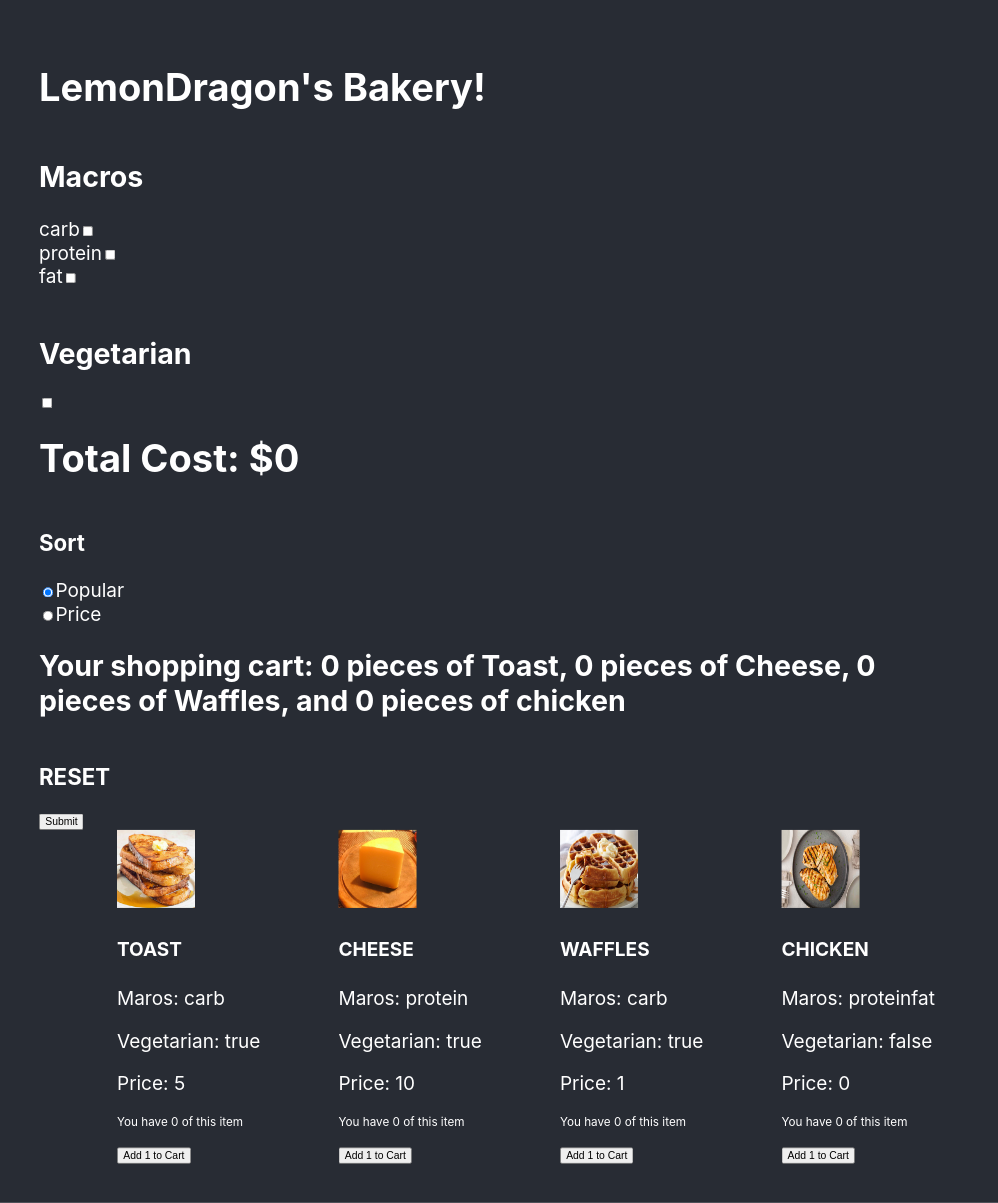
Repository: happydragon200/development
Page: /
These files come from the project's save history. The page is drawn as it stood at one moment and after the next save; the edit follows.
The browser window is 1280 px wide. The pictures show the whole page, at 78% of full size.
The project was rebuilt for these pictures with package versions that can differ from the ones it lists, and the page was loaded fresh each time.

Above is the page before, as saved 2022-12-02 06:38:01.

### src/App.js
import React, { useState } from 'react'
import baguette from './images/baguette.jpg'
import toast from './images/toast.png'
import cheese from './images/cheese.jpg'
import waffle from './images/waffle.jpg'
import chicken from './images/chicken.jpg'
import Container from 'react-bootstrap/Container'
import Nav from 'react-bootstrap/Nav'
import Navbar from 'react-bootstrap/Navbar'
import NavDropdown from 'react-bootstrap/NavDropdown'
import './App.css'

function App() {
  return (
    <div>
      <div className="App">
        <header className="App-header">
          <h1>LemonDragon's Bakery!</h1>
          <Menu />
        </header>
      </div>
    </div>
  )
}

function FilterBar(props) {
  const { selected, changeSelected } = props

  const carbsButton = FilterButton(selected, changeSelected, 'carb')
  const proteinButton = FilterButton(selected, changeSelected, 'protein')
  const fatButton = FilterButton(selected, changeSelected, 'fat')

  const pieButton = FilterButton(selected, changeSelected, 'pie')
  const cakeButton = FilterButton(selected, changeSelected, 'cake')
  const otherButton = FilterButton(selected, changeSelected, 'other')

  const buttons = [carbsButton, proteinButton, fatButton]

  return (
    <div>
      {buttons}
      <h1>{selected}</h1>
    </div>
  )
}

function ResetButton(props) {
  const {
    changeSelected,
    toast_setcount,
    cheese_setcount,
    waffle_setcount,
    chicken_setcount,
  } = props

  const clickChange = () => {
    changeSelected([])
    toast_setcount(0)
    cheese_setcount(0)
    waffle_setcount(0)
    chicken_setcount(0)
  }

  return (
    <input
      type="submit"
      id="reset"
      name="Reset"
      // value="Paneer"
      onChange={clickChange}
    />
  )
}

function VegButton(props) {
  const { veg, changeVeg } = props

  const clickChange = () => {
    changeVeg(!veg)
  }

  return (
    <input
      type="checkbox"
      id="vegetarian"
      name="Vegetarian"
      // value="Paneer"
      checked={veg}
      onChange={clickChange}
    />
  )
}

function FilterButton(selected, changeSelected, tag) {
  // const { selected, changeSelected, tag } = props

  const clickChange = () => {
    if (selected.includes(tag)) {
      // const new_selected = selected.remove(tag)

      var new_selected = selected.filter(function (value, index, arr) {
        return value !== tag
      })
      changeSelected(new_selected)
    } else {
      const new_selected = [...selected]
      new_selected.push(tag)
      changeSelected(new_selected)
    }
  }

  return (
    <div>
      {tag}
      <input
        type="checkbox"
        id="topping"
        name="topping"
        value="Paneer"
        // checked={man}
        onChange={clickChange}
      />
    </div>
  )
}

function Menu() {
  const [selected, changeSelected] = useState([])

  const [chosen, changeChosen] = useState('Popular')
  const [veg, changeVeg] = useState(false)

  const [toast_count, toast_setcount] = useState(0)
  const [cheese_count, cheese_setcount] = useState(0)
  const [waffle_count, waffle_setcount] = useState(0)
  const [chicken_count, chicken_setcount] = useState(0)

  const toast_price = 5
  const cheese_price = 10
  const waffle_price = 1
  const chicken_price = 0

  const toast_comp = [
    ['carb'],
    true,
    toast_price,
    BakeryItem(
      'toast',
      ['carb'],
      true,
      toast_price,
      toast,
      toast_count,
      toast_setcount,
    ),
  ]
  const cheese_comp = [
    ['protein'],
    true,
    cheese_price,
    BakeryItem(
      'cheese',
      ['protein'],
      true,
      cheese_price,
      cheese,
      cheese_count,
      cheese_setcount,
    ),
  ]
  const waffle_comp = [
    ['carb'],
    true,
    waffle_price,
    BakeryItem(
      'waffles',
      ['carb'],
      true,
      waffle_price,
      waffle,
      waffle_count,
      waffle_setcount,
    ),
  ]

  const chicken_comp = [
    ['protein', 'fat'],
    false,
    chicken_price,
    BakeryItem(
      'chicken',
      ['protein', 'fat'],
      false,
      chicken_price,
      chicken,
      chicken_count,
      chicken_setcount,
    ),
  ]

  var final_list = [toast_comp, cheese_comp, waffle_comp, chicken_comp]

  if (selected.length > 0) {
    final_list = final_list.filter(function (food) {
      for (let i = 0; i < selected.length; i++) {
        const option = selected[i]

        if (!food[0].includes(option)) {
          return false
        }
      }
      return true
    })
  }

  if (veg) {
    final_list = final_list.filter((food) => food[1])
  }

  if (chosen === 'Price') {
    console.log('DSKFJSKLJFLSLDFj')
    final_list.sort(function (a, b) {
      return a[1] - b[1]
    })
  }

  final_list = final_list.map((item) => item.slice(-1))

  // console.log('sorted')

  // console.log(final_list)
  // console.log('hm')

  return (
    <>
      <h2>Macros</h2>
      <FilterBar selected={selected} changeSelected={changeSelected} />
      <div></div>
      <div></div>
      <h2>Vegetarian</h2>
      <VegButton veg={veg} changeVeg={changeVeg} />
      <h1>
        Total Cost: $
        {toast_count * toast_price +
          cheese_count * cheese_price +
          waffle_count * waffle_price +
          chicken_count * chicken_price}
      </h1>
      <SortPriceButton chosen={chosen} changeChosen={changeChosen} />
      <h2>
        Your shopping cart: {toast_count} pieces of Toast, {cheese_count} pieces
        of Cheese, {waffle_count} pieces of Waffles, and {chicken_count} pieces
        of chicken
      </h2>

      <h3>RESET</h3>
      <ResetButton
        changeSelected={changeSelected}
        toast_setcount={toast_setcount}
        cheese_setcount={cheese_setcount}
        waffle_setcount={waffle_setcount}
        chicken_setcount={chicken_setcount}
      />

      <div className="flex-parent">{final_list}</div>
    </>
  )
}

function SortPriceButton(props) {
  const { chosen, changeChosen } = props

  const handlePrice = () => {
    changeChosen('Price')
  }

  const handlePopular = () => {
    changeChosen('Popular')
  }

  return (
    <div>
      <h3>Sort</h3>
      <div className="radio">
        <label>
          <input
            type="radio"
            // label="Popular"
            checked={chosen === 'Popular'}
            onChange={handlePopular}
          />
          Popular
        </label>
      </div>
      <div className="radio">
        <label>
          <input
            type="radio"
            // label="Price"
            checked={chosen === 'Price'}
            onChange={handlePrice}
          />
          Price
        </label>
      </div>
    </div>
  )
}

function BakeryItem(label, macros, veg, price, img, count, setCount) {
  // const { img, count, setCount } = prop

  return (
    <div className="pad">
      <img src={img} className="Item-small" />
      <h4>{label.toUpperCase()}</h4>
      <p>Maros: {macros}</p>
      <p>Vegetarian: {veg.toString()}</p>
      <p>Price: {price}</p>
      <p className="smull">You have {count} of this item</p>
      <button onClick={() => setCount(count + 1)}>Add 1 to Cart</button>

      {count > 0 && (
        <button onClick={() => setCount(count - 1)}>Remove 1 from Cart</button>
      )}
    </div>
  )
}

export default App

// const [type, setType] = useState('ALL')

// var foods = [
//   {
//     name: 'toast',
//     type: 'bread',
//     price: 5,
//     img: { toast },
//     count: { toast_count },
//   },
//   {
//     name: 'cheese',
//     type: 'protein',
//     price: 10,
//     img: { cheese },
//     count: { cheese_count },
//   },
//   {
//     name: 'waffle',
//     type: 'bread',
//     price: 100,
//     img: { waffle },
//     count: { waffle_count },
//   },
// ]

// foods.filter(function (value, index, arr) {
//   return value
// })

### src/App.css
.App {
  /* text-align: center; */
}

.App-logo {
  height: 40vmin;
  pointer-events: none;
}

@media (prefers-reduced-motion: no-preference) {
  .App-logo {
    animation: App-logo-spin infinite 20s linear;
  }
}

.App-header {
  background-color: #282c34;
  min-height: 100vh;
  display: flex;
  flex-direction: column;
  align-items: flex-start;
  justify-content: flex-start;
  font-size: calc(10px + 2vmin);
  padding: 50px 50px 50px 50px;
  color: white;
}

.App-link {
  color: #61dafb;
}

.Item-small {
  height: 100px;
  width: 100px;
}

.inline {
  justify-content: space-around;
}

.pad {
  padding: 0px 0px 0px 100px;
}

.flex-parent {
  display: flex;
  justify-content: space-around;

}

.smull {
  font-size: 15px;
}

@keyframes App-logo-spin {
  from {
    transform: rotate(0deg);
  }
  to {
    transform: rotate(360deg);
  }
}

Loaded but not shown: public/index.html (common file); src/index.js (common file); src/index.css (common file)

After the next save:
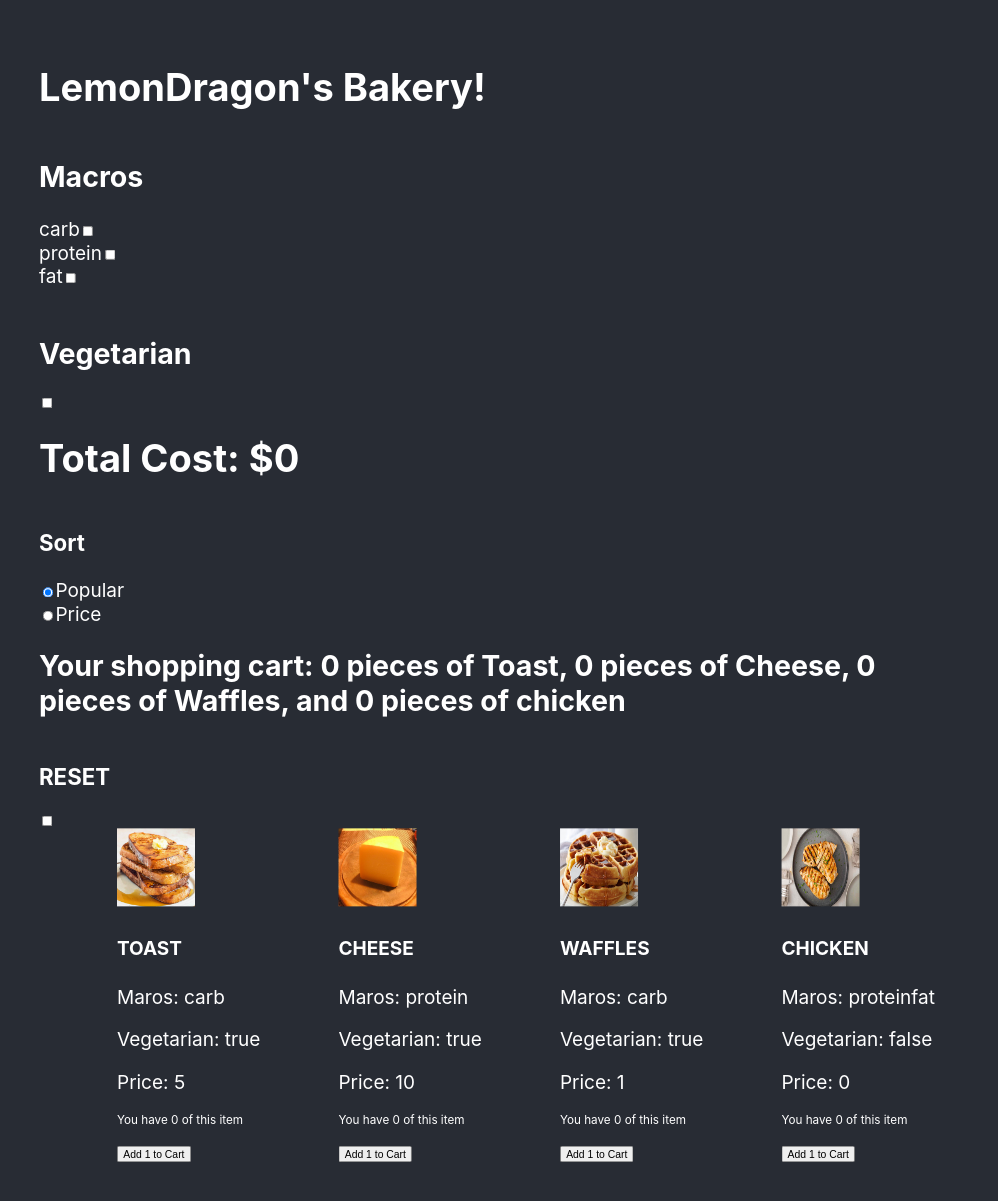
Saved 24 s later.
--- a/src/App.js
+++ b/src/App.js
@@ -63,7 +63,7 @@
 
   return (
     <input
-      type="submit"
+      type="checkbox"
       id="reset"
       name="Reset"
       // value="Paneer"

After the save that followed:
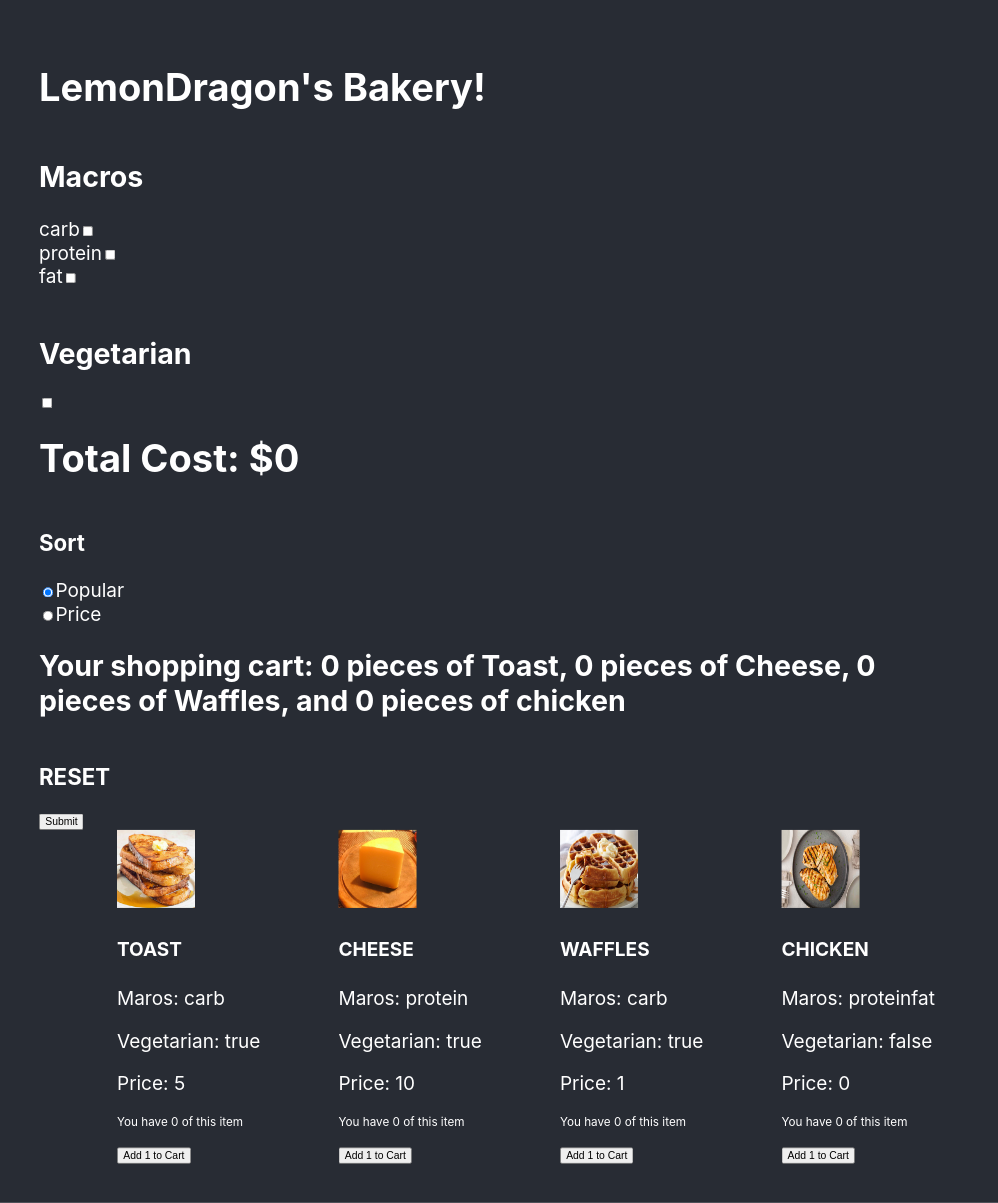
Saved 10 s later.
--- a/src/App.js
+++ b/src/App.js
@@ -63,7 +63,7 @@
 
   return (
     <input
-      type="checkbox"
+      type="submit"
       id="reset"
       name="Reset"
       // value="Paneer"
